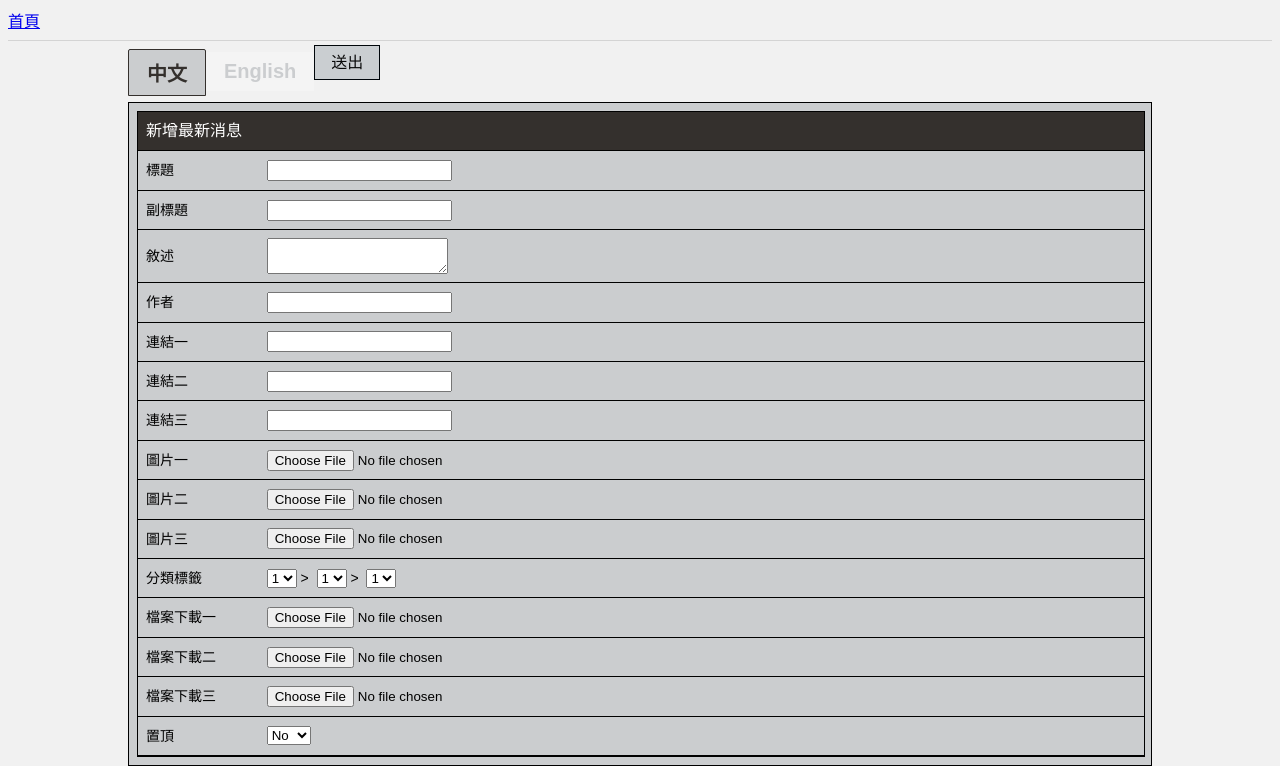
Repository: Naokiyuy/DigitalHum
Page: http://localhost/digital/backend/hotnews/hotnews-add.jsp
The author's editor kept a copy of each file at every save. The page is drawn from the files as they stood at one save, then again after the next save.
The browser window is 1280 px wide. The pictures show the whole page.
Some web libraries are served in a nearby version. The page is served by Tomcat 9. Other server files are loaded and not shown.

Above is the page before, as saved 2015-03-11 19:38:37.

### digital/src/main/webapp/backend/hotnews/hotnews-add.jsp
<%@ page language="java" contentType="text/html; charset=UTF-8"
    pageEncoding="UTF-8"%>
<!DOCTYPE html PUBLIC "-//W3C//DTD HTML 4.01 Transitional//EN" "http://www.w3.org/TR/html4/loose.dtd">
<html>
<head>
<meta http-equiv="Content-Type" content="text/html; charset=UTF-8">
<title>[後台]最新消息-新增</title>
<link rel="stylesheet" type="text/css" href="/backend/css/hotnews/add.css" />
</head>
<body>
<jsp:include page="/backend/header/header.jsp"></jsp:include>
<hr />
<form action="">
<div class="container">
<div class="tab_div">
<ul class="tabs">
	<li>
		<input type="radio" checked name="tabs" id="tab1">
        <label for="tab1">中文</label>
        <div id="tab-content1" class="tab-content animated fadeIn">
        	<div id="hotnews-add-table">
				<div class="hotnews-add-tr">
					<div class="hotnews-add-td"><span>新增最新消息</span></div>
					<div class="hotnews-add-td"></div>
				</div>
				<div class="hotnews-add-tr">
					<div class="hotnews-add-td">標題</div>
					<div class="hotnews-add-td"><input type="text" id="title_cht" name="title_cht"/></div>
				</div>
				<div class="hotnews-add-tr">
					<div class="hotnews-add-td">副標題</div>
					<div class="hotnews-add-td"><input type="text" id="subtitle_cht" name="subtitle_cht"/></div>
				</div>
				<div class="hotnews-add-tr">
					<div class="hotnews-add-td">敘述</div>
					<div class="hotnews-add-td"><textarea id="description_cht" name="description_cht"/></textarea></div>
				</div>
				<div class="hotnews-add-tr">
					<div class="hotnews-add-td">作者</div>
					<div class="hotnews-add-td"><input type="text" id="author_cht" name="author_cht"/></div>
				</div>
				<div class="hotnews-add-tr">
					<div class="hotnews-add-td">連結一</div>
					<div class="hotnews-add-td"><input type="text" id="link_1_cht" name="link_1_cht"/></div>
				</div>
				<div class="hotnews-add-tr">
					<div class="hotnews-add-td">連結二</div>
					<div class="hotnews-add-td"><input type="text" id="link_2_cht" name="link_2_cht"/></div>
				</div>
				<div class="hotnews-add-tr">
					<div class="hotnews-add-td">連結三</div>
					<div class="hotnews-add-td"><input type="text" id="link_3_cht" name="link_3_cht"/></div>
				</div>
				<div class="hotnews-add-tr">
					<div class="hotnews-add-td">圖片一</div>
					<div class="hotnews-add-td"><input type="file" id="image_1_cht" name="image_1_cht" /></div>
				</div>
				<div class="hotnews-add-tr">
					<div class="hotnews-add-td">圖片二</div>
					<div class="hotnews-add-td"><input type="file" id="image_2_cht" name="image_2_cht" /></div>
				</div>
				<div class="hotnews-add-tr">
					<div class="hotnews-add-td">圖片三</div>
					<div class="hotnews-add-td"><input type="file" id="image_3_cht" name="image_3_cht" /></div>
				</div>
				<div class="hotnews-add-tr">
					<div class="hotnews-add-td">分類標籤</div>
					<div class="hotnews-add-td">
						<select id="breadcrumb_1" name="breadcrumb_1_cht">
							<option>1</option>
							<option>2</option>
							<option>3</option>
						</select>&nbsp;>&nbsp;
						<select id="breadcrumb_2" name="breadcrumb_2_cht">
							<option>1</option>
							<option>2</option>
							<option>3</option>
						</select>&nbsp;>&nbsp;
						<select id="breadcrumb_3" name="breadcrumb_3_cht">
							<option>1</option>
							<option>2</option>
							<option>3</option>
						</select>
					</div>
				</div>
				<div class="hotnews-add-tr">
					<div class="hotnews-add-td">檔案下載一</div>
					<div class="hotnews-add-td"><input type="file" id="file_1_cht" name="file_1_cht" /></div>
				</div>
				<div class="hotnews-add-tr">
					<div class="hotnews-add-td">檔案下載二</div>
					<div class="hotnews-add-td"><input type="file" id="file_2_cht" name="file_2_cht" /></div>
				</div>
				<div class="hotnews-add-tr">
					<div class="hotnews-add-td">檔案下載三</div>
					<div class="hotnews-add-td"><input type="file" id="file_3_cht" name="file_3_cht" /></div>
				</div>
				<div class="hotnews-add-tr">
					<div class="hotnews-add-td">置頂</div>
					<div class="hotnews-add-td">
						<select id="top_cht" name="top_cht">
							<option value="0">No</option>
							<option value="1">Yes</option>
						</select>
					</div>
				</div>
			</div>
        </div>
	</li>
	<li>
		<input type="radio" name="tabs" id="tab2">
        <label for="tab2">English</label>
        <div id="tab-content2" class="tab-content animated fadeIn">
        	<div id="hotnews-add-table">
				<div class="hotnews-add-tr">
					<div class="hotnews-add-td"><span>New HotNews</span></div>
					<div class="hotnews-add-td"></div>
				</div>
				<div class="hotnews-add-tr">
					<div class="hotnews-add-td">Title</div>
					<div class="hotnews-add-td"><input type="text" id="title_enu" name="title_enu"/></div>
				</div>
				<div class="hotnews-add-tr">
					<div class="hotnews-add-td">Subtitle</div>
					<div class="hotnews-add-td"><input type="text" id="subtitle_enu" name="subtitle_enu"/></div>
				</div>
				<div class="hotnews-add-tr">
					<div class="hotnews-add-td">Author</div>
					<div class="hotnews-add-td"><input type="text" id="author_enu" name="author_enu"/></div>
				</div>
				<div class="hotnews-add-tr">
					<div class="hotnews-add-td">LinkA</div>
					<div class="hotnews-add-td"><input type="text" id="link_1_enu" name="link_1_enu"/></div>
				</div>
				<div class="hotnews-add-tr">
					<div class="hotnews-add-td">LinkB</div>
					<div class="hotnews-add-td"><input type="text" id="link_2_enu" name="link_2_enu"/></div>
				</div>
				<div class="hotnews-add-tr">
					<div class="hotnews-add-td">LinkC</div>
					<div class="hotnews-add-td"><input type="text" id="link_3_enu" name="link_3_enu"/></div>
				</div>
				<div class="hotnews-add-tr">
					<div class="hotnews-add-td">ImageA</div>
					<div class="hotnews-add-td"><input type="file" id="image_1_enu" name="image_1_enu" /></div>
				</div>
				<div class="hotnews-add-tr">
					<div class="hotnews-add-td">ImageB</div>
					<div class="hotnews-add-td"><input type="file" id="image_2_enu" name="image_2_enu" /></div>
				</div>
				<div class="hotnews-add-tr">
					<div class="hotnews-add-td">ImageC</div>
					<div class="hotnews-add-td"><input type="file" id="image_3_enu" name="image_3_enu" /></div>
				</div>
				<div class="hotnews-add-tr">
					<div class="hotnews-add-td">Breadcrumb</div>
					<div class="hotnews-add-td">
						<select id="breadcrumb_1" name="breadcrumb_1_enu">
							<option>1</option>
							<option>2</option>
							<option>3</option>
						</select>&nbsp;>&nbsp;
						<select id="breadcrumb_2" name="breadcrumb_2_enu">
							<option>1</option>
							<option>2</option>
							<option>3</option>
						</select>&nbsp;>&nbsp;
						<select id="breadcrumb_3" name="breadcrumb_3_enu">
							<option>1</option>
							<option>2</option>
							<option>3</option>
						</select>
					</div>
				</div>
				<div class="hotnews-add-tr">
					<div class="hotnews-add-td">FileA</div>
					<div class="hotnews-add-td"><input type="file" id="file_1_enu" name="file_1_enu" /></div>
				</div>
				<div class="hotnews-add-tr">
					<div class="hotnews-add-td">FileB</div>
					<div class="hotnews-add-td"><input type="file" id="file_2_enu" name="file_2_enu" /></div>
				</div>
				<div class="hotnews-add-tr">
					<div class="hotnews-add-td">FileC</div>
					<div class="hotnews-add-td"><input type="file" id="file_3_enu" name="file_3_enu" /></div>
				</div>
				<div class="hotnews-add-tr">
					<div class="hotnews-add-td">Top</div>
					<div class="hotnews-add-td">
						<select id="top_enu" name="top_enu">
							<option value="0">No</option>
							<option value="1">Yes</option>
						</select>
					</div>
				</div>
			</div>
        </div>
	</li>
</ul>
</div>
<div class="action_btn">
	<a class="submit_btn" href="#">送出</a>
</div>
</div>
</form>
<jsp:include page="/backend/footer/footer.jsp"></jsp:include>
</body>
</html>

### digital/src/main/webapp/backend/header/header.jsp
<%@ page language="java" contentType="text/html; charset=UTF-8"
    pageEncoding="UTF-8"%>
<!DOCTYPE html PUBLIC "-//W3C//DTD HTML 4.01 Transitional//EN" "http://www.w3.org/TR/html4/loose.dtd">
<html>
<head>
<meta http-equiv="Content-Type" content="text/html; charset=UTF-8">
<title>Insert title here</title>
<script type="text/javascript" src="https://code.jquery.com/jquery-1.11.2.min.js"></script>
</head>
<body>
<div id="breadcrumb">
	<a href="/backend/index.do">首頁</a>
</div>
</body>
</html>

### digital/src/main/webapp/backend/footer/footer.jsp
<%@ page language="java" contentType="text/html; charset=UTF-8"
    pageEncoding="UTF-8"%>
<!DOCTYPE html PUBLIC "-//W3C//DTD HTML 4.01 Transitional//EN" "http://www.w3.org/TR/html4/loose.dtd">
<html>
<head>
<meta http-equiv="Content-Type" content="text/html; charset=UTF-8">
<title>Insert title here</title>
</head>
<body>
<%-- Menu bar --%>

<%-- breadcrumb --%>


</body>
</html>

### digital/src/main/webapp/backend/css/hotnews/add.css

hr{
	border:0; height:1px; background-color:#d4d4d4;
}
body{
	font-family: "Varela Round",sans-serif, Microsoft JhengHei;
	background-color:#f1f1f1;
}

#hotnews-add-table{
	display:table;
	width:100%;
	border:1px solid #000000;
	max-width:1024px;
	margin: 0 auto;
}

.hotnews-add-tr {
	display: table-row;
}

.hotnews-add-td {
	display: table-cell;
	vertical-align:middle;
	border:1px solid #000000;
	border-width:0px 0px 1px 0px;
	text-align:left;
	padding:8px;
	font-size:14px;
	font-weight:normal;
	color:#000000;
}

.hotnews-add-td:first-child{
	width:12%;
}

.hotnews-add-tr:first-child {
	background-color:#34302D;
}

.hotnews-add-tr:first-child span{
	color:#ffffff;
	font-size:16px;
	vertical-align:middle;
	text-align:center;
}

.tabs input[type=radio] {
          position: absolute;
          top: -9999px;
          left: -9999px;
}
.tabs {
		max-width:1024px;
        float: none;
        list-style: none;
        position: relative;
        padding: 0;
        margin: 0px auto;
        min-height:100%;
}
      .tabs li{
        float: left;
      }
.tabs label {
          display: block;
          padding: 8px 18px;
          border-radius: 2px 2px 0 0;
          color: #CBCDCF;
          font-size: 20px;
          font-weight: bold;
          //font-family: 'Lily Script One', helveti;
          background: rgba(255,255,255,0.2);
          cursor: pointer;
          position: relative;
          top: 3px;
          -webkit-transition: all 0.2s ease-in-out;
          -moz-transition: all 0.2s ease-in-out;
          -o-transition: all 0.2s ease-in-out;
          transition: all 0.2s ease-in-out;
}
.tabs label:hover {
        background: rgba(255,255,255,0.5);
        top: 0;
        border: 1px solid;
}

[id^=tab]:checked + label {
        background: #CBCDCF;
        color: rgb(52, 48, 45);
        top: 0;
        border: 1px solid;
}

[id^=tab]:checked ~ [id^=tab-content] {
          display: block;
}
.tab-content{
        z-index: 2;
        display: none;
        text-align: left;
        width: 100%;
        font-size: 16px;
        line-height: 140%;
        padding-top: 10px;
        background: #CBCDCF;
        padding: 8px;
        color: white;
        position: absolute;
        top: 53px;
        border: 1px solid #000;
        left: 0;
        box-sizing: border-box;
        -webkit-animation-duration: 0.5s;
        -o-animation-duration: 0.5s;
        -moz-animation-duration: 0.5s;
        animation-duration: 0.5s;
}

.action_btn{
	max-width:1024px;
	margin-top:auto;
	margin-right:auto;
	margin-bottom: 15px;
	margin-left:auto;
}

.submit_btn {
  color: #080808;
  font-size: 16px;
  background: #caced1;
  padding: 8px 16px 8px 16px;
  border: solid #00060a 1px;
  text-decoration: none;
}

.submit_btn:hover {
  background: #99a1a6;
  text-decoration: none;
}

After the next save:
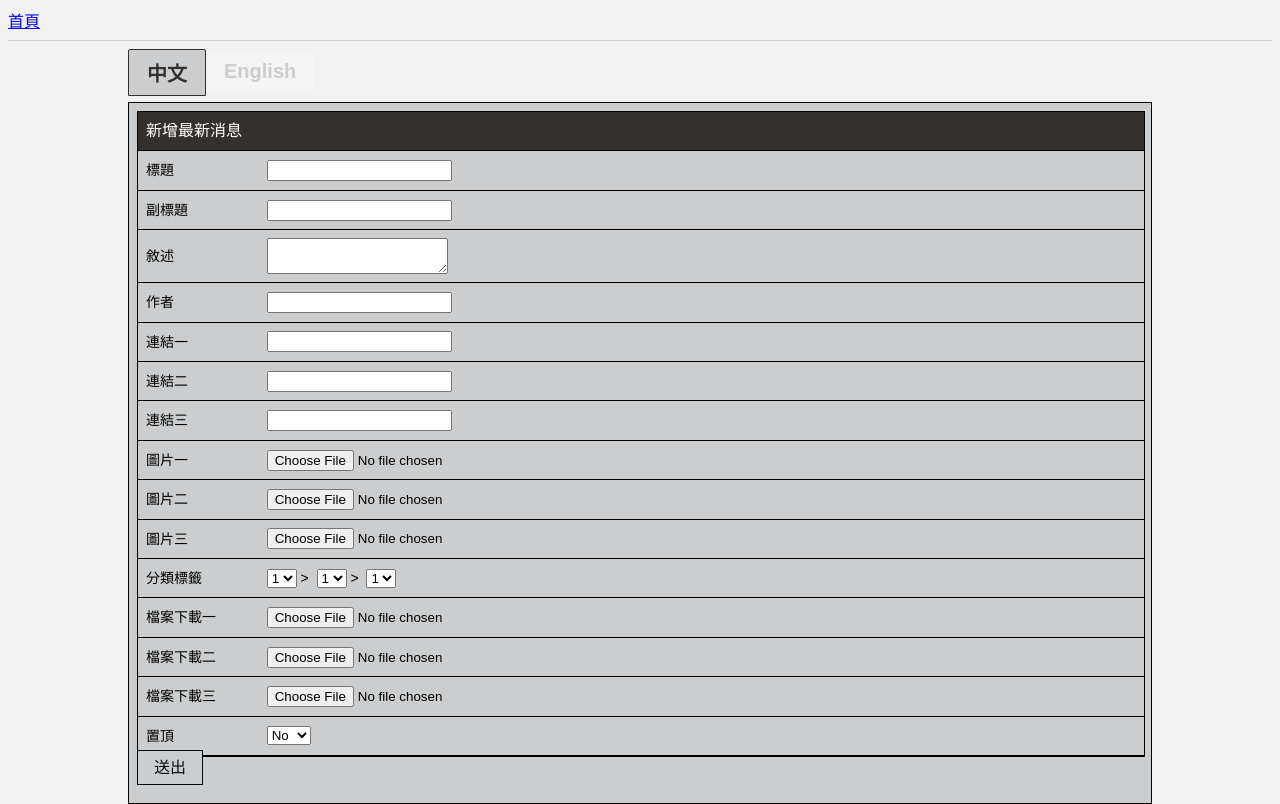
Saved 59 s later.
--- a/digital/src/main/webapp/backend/hotnews/hotnews-add.jsp
+++ b/digital/src/main/webapp/backend/hotnews/hotnews-add.jsp
@@ -11,7 +11,6 @@
 <jsp:include page="/backend/header/header.jsp"></jsp:include>
 <hr />
 <form action="">
-<div class="container">
 <div class="tab_div">
 <ul class="tabs">
 	<li>
@@ -104,6 +103,9 @@
 						</select>
 					</div>
 				</div>
+			</div>
+			<div class="action_btn">
+				<a class="submit_btn" href="#">送出</a>
 			</div>
         </div>
 	</li>
@@ -198,10 +200,6 @@
 	</li>
 </ul>
 </div>
-<div class="action_btn">
-	<a class="submit_btn" href="#">送出</a>
-</div>
-</div>
 </form>
 <jsp:include page="/backend/footer/footer.jsp"></jsp:include>
 </body>
